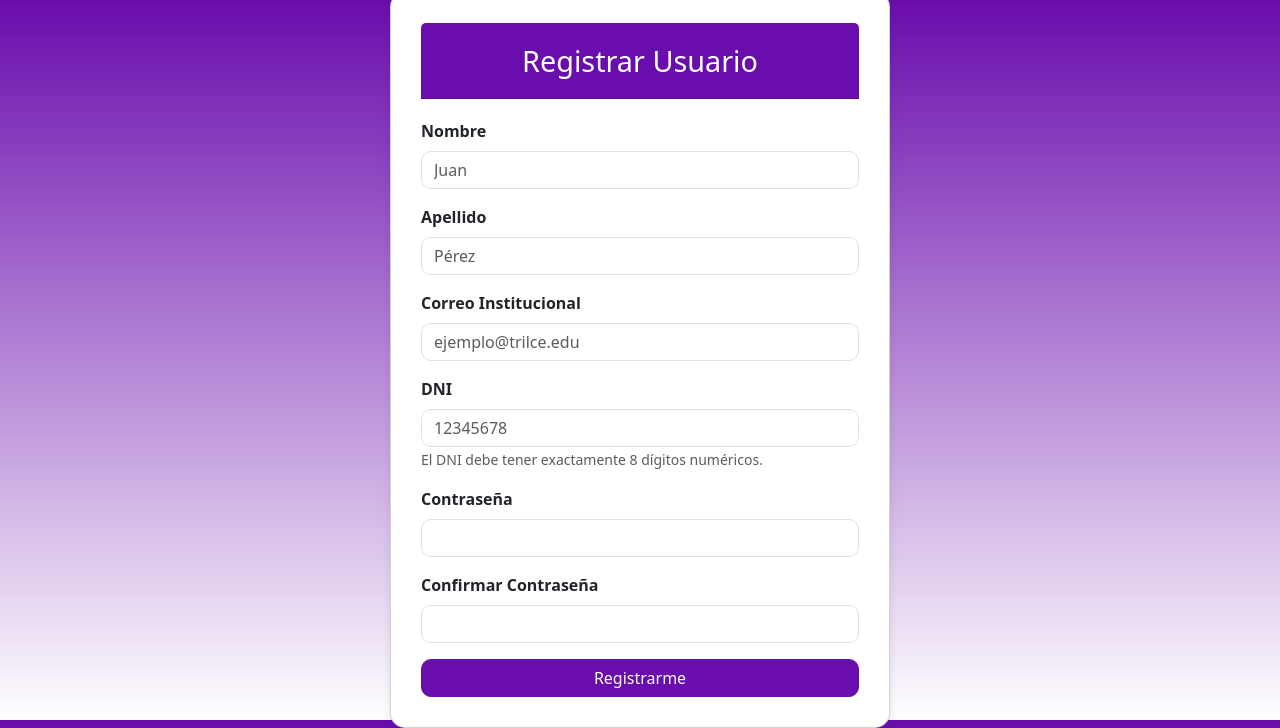
Repository: maycky02/Bibloteca_integrador
Page: http://localhost/registrarme
The author's editor kept a copy of each file at every save. The page is drawn from the files as they stood at one save, then again after the next save.
The browser window is 1280 px wide. The pictures show the whole page.
The page is this project's Thymeleaf template; nobody is signed in. The template is opened directly, without the code that normally fills it, so the values that code supplies are empty.

Above is the page before, as saved 2024-12-03 21:28:39.

After the next save:
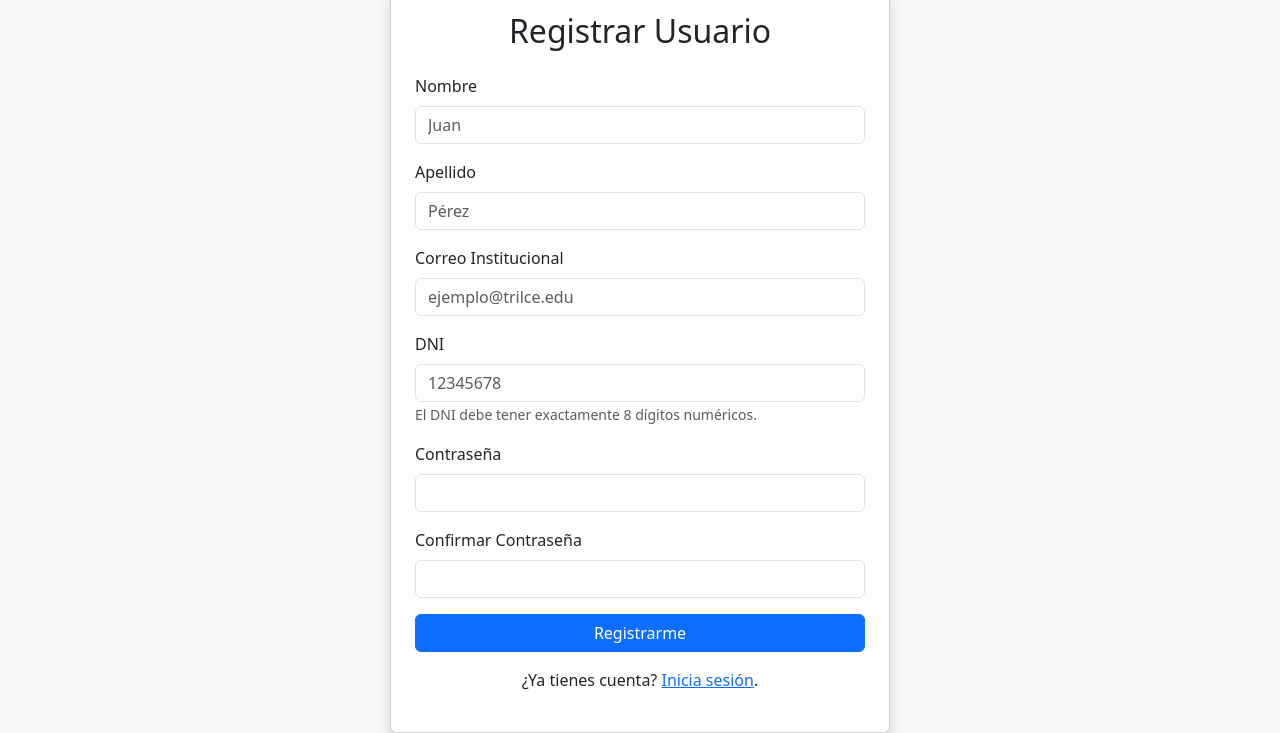
Saved 11 s later.
--- a/Bibloteca/src/main/resources/templates/registrarme.html
+++ b/Bibloteca/src/main/resources/templates/registrarme.html
@@ -5,83 +5,11 @@
     <meta name="viewport" content="width=device-width, initial-scale=1.0">
     <title>Registrar Usuario</title>
     <link href="https://cdn.jsdelivr.net/npm/bootstrap@5.3.0/dist/css/bootstrap.min.css" rel="stylesheet">
-    <style>
-        /* Fondo degradado de morado a blanco */
-        body {
-            background: linear-gradient(to bottom, #6a0dad, #ffffff);
-            height: 100vh;
-        }
-
-        /* Personalización de la tarjeta */
-        .card {
-            border-radius: 15px; /* Bordes curvos en la tarjeta */
-            box-shadow: 0 4px 10px rgba(0, 0, 0, 0.1);
-            padding: 30px;
-        }
-
-        .card-header {
-            background-color: #6a0dad;
-            color: white;
-            font-size: 1.8rem;
-            text-align: center;
-            border-top-left-radius: 15px;
-            border-top-right-radius: 15px;
-            padding: 1rem;
-            margin-bottom: 20px;
-        }
-
-        /* Botones */
-        .btn-primary {
-            background-color: #6a0dad;
-            border-color: #6a0dad;
-            border-radius: 10px;
-        }
-
-        .btn-primary:hover {
-            background-color: #550a8a;
-            border-color: #550a8a;
-        }
-
-        /* Estilo para los campos de entrada */
-        .form-control {
-            border-radius: 10px; /* Bordes curvos en los campos de entrada */
-        }
-
-        .form-label {
-            font-weight: bold;
-        }
-
-        /* Estilo para los mensajes de éxito y error */
-        .alert {
-            border-radius: 10px;
-        }
-
-        /* Ajustes de los enlaces */
-        a {
-            color: #6a0dad;
-            text-decoration: none;
-        }
-
-        a:hover {
-            text-decoration: underline;
-        }
-
-        /* Eliminar color morado en el pie de página */
-        footer {
-            display: none;
-        }
-
-    </style>
 </head>
-<body>
-
-    <!-- Contenedor principal -->
+<body class="bg-light">
     <div class="container d-flex align-items-center justify-content-center" style="height: 100vh;">
-        <div class="card" style="width: 100%; max-width: 500px;">
-            <div class="card-header">
-                Registrar Usuario
-            </div>
-
+        <div class="card p-4 shadow" style="width: 500px;">
+            <h2 class="text-center mb-4">Registrar Usuario</h2>
             <!-- Mostrar mensaje de éxito o error -->
             <div th:if="${mensaje}" class="alert alert-success" role="alert">
                 <p th:text="${mensaje}"></p>
@@ -89,40 +17,33 @@
             <div th:if="${error}" class="alert alert-danger" role="alert">
                 <p th:text="${error}"></p>
             </div>
-
-            <!-- Formulario de registro -->
             <form action="/registrarme" method="post">
                 <!-- Campo para el nombre -->
                 <div class="mb-3">
                     <label for="nombre" class="form-label">Nombre</label>
                     <input type="text" class="form-control" id="nombre" name="nombre" placeholder="Juan" required>
                 </div>
-
                 <!-- Campo para el apellido -->
                 <div class="mb-3">
                     <label for="apellido" class="form-label">Apellido</label>
                     <input type="text" class="form-control" id="apellido" name="apellido" placeholder="Pérez" required>
                 </div>
-
                 <!-- Campo para el correo -->
                 <div class="mb-3">
                     <label for="correo" class="form-label">Correo Institucional</label>
                     <input type="email" class="form-control" id="correo" name="correo" placeholder="ejemplo@trilce.edu" required>
                 </div>
-
                 <!-- Campo para el DNI (validado para 8 dígitos numéricos) -->
                 <div class="mb-3">
                     <label for="dni" class="form-label">DNI</label>
                     <input type="text" class="form-control" id="dni" name="dni" pattern="^\d{8}$" maxlength="8" placeholder="12345678" required>
                     <small class="form-text text-muted">El DNI debe tener exactamente 8 dígitos numéricos.</small>
                 </div>
-
                 <!-- Campo para la contraseña -->
                 <div class="mb-3">
                     <label for="contraseña" class="form-label">Contraseña</label>
                     <input type="password" class="form-control" id="contraseña" name="contraseña" required>
                 </div>
-
                 <!-- Campo para confirmar la contraseña -->
                 <div class="mb-3">
                     <label for="confirmarContraseña" class="form-label">Confirmar Contraseña</label>
@@ -131,13 +52,11 @@
 
                 <!-- Botón de registro -->
                 <button type="submit" class="btn btn-primary w-100">Registrarme</button>
-
+                <p class="mt-3 text-center">
+                    ¿Ya tienes cuenta? <a href="/login">Inicia sesión</a>.
+                </p>
             </form>
         </div>
     </div>
-
-    <!-- Scripts de Bootstrap -->
-    <script src="https://cdn.jsdelivr.net/npm/bootstrap@5.3.0/dist/js/bootstrap.bundle.min.js"></script>
-
 </body>
 </html>
